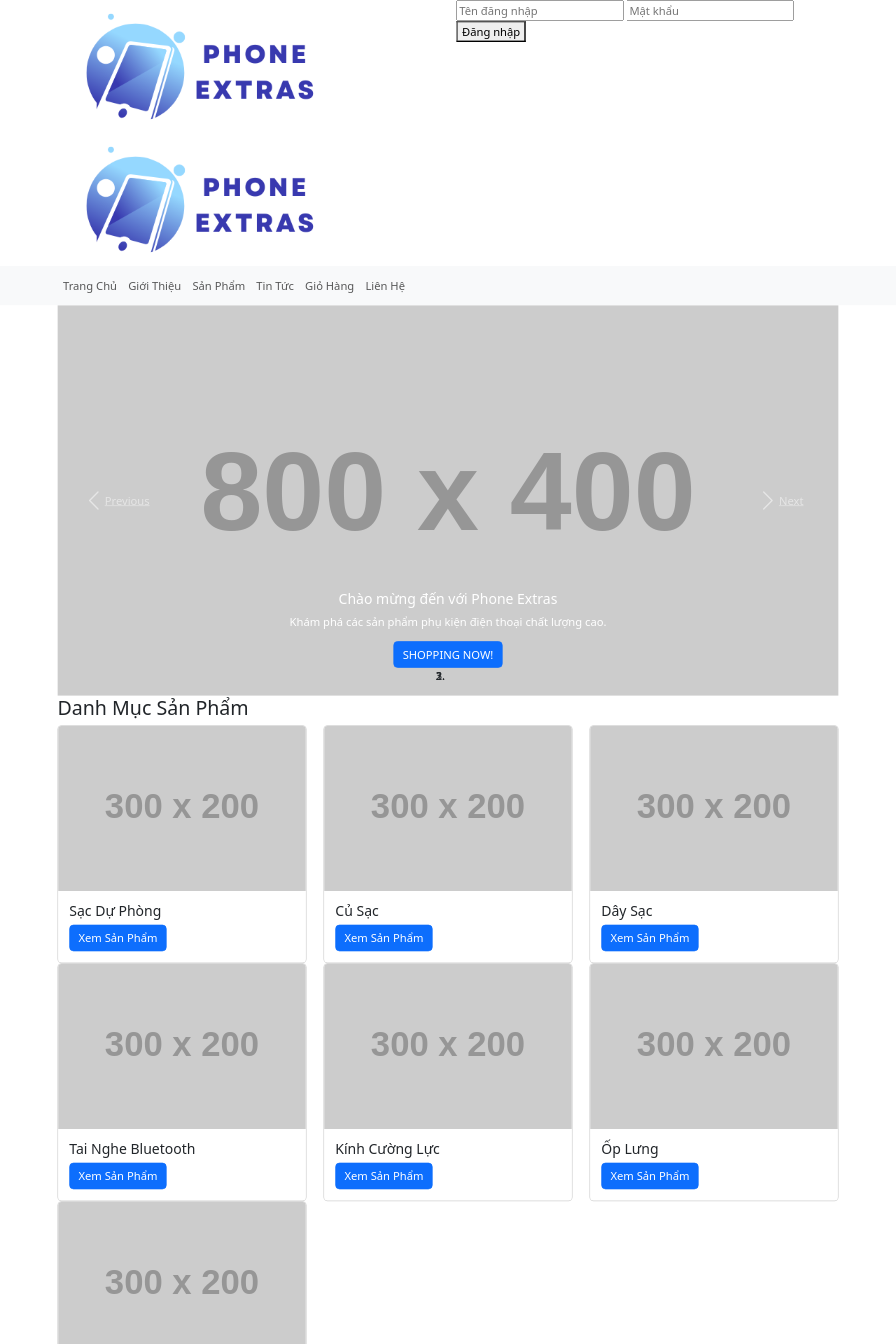
Repository: munnkawaii/BTL-PhoneExtras
Page: html/index.html
An editor plug-in stored every save of this project. The page is shown before and after the next save, followed by the edit.
The browser window is 1280 px wide. The pictures show the part of the page from y = 0 to 1920 px (the page is 2851 px tall before and 2661 px after), at 70% of full size.

Above is the page before, as saved 2024-11-12 21:02:22.

After the next save:
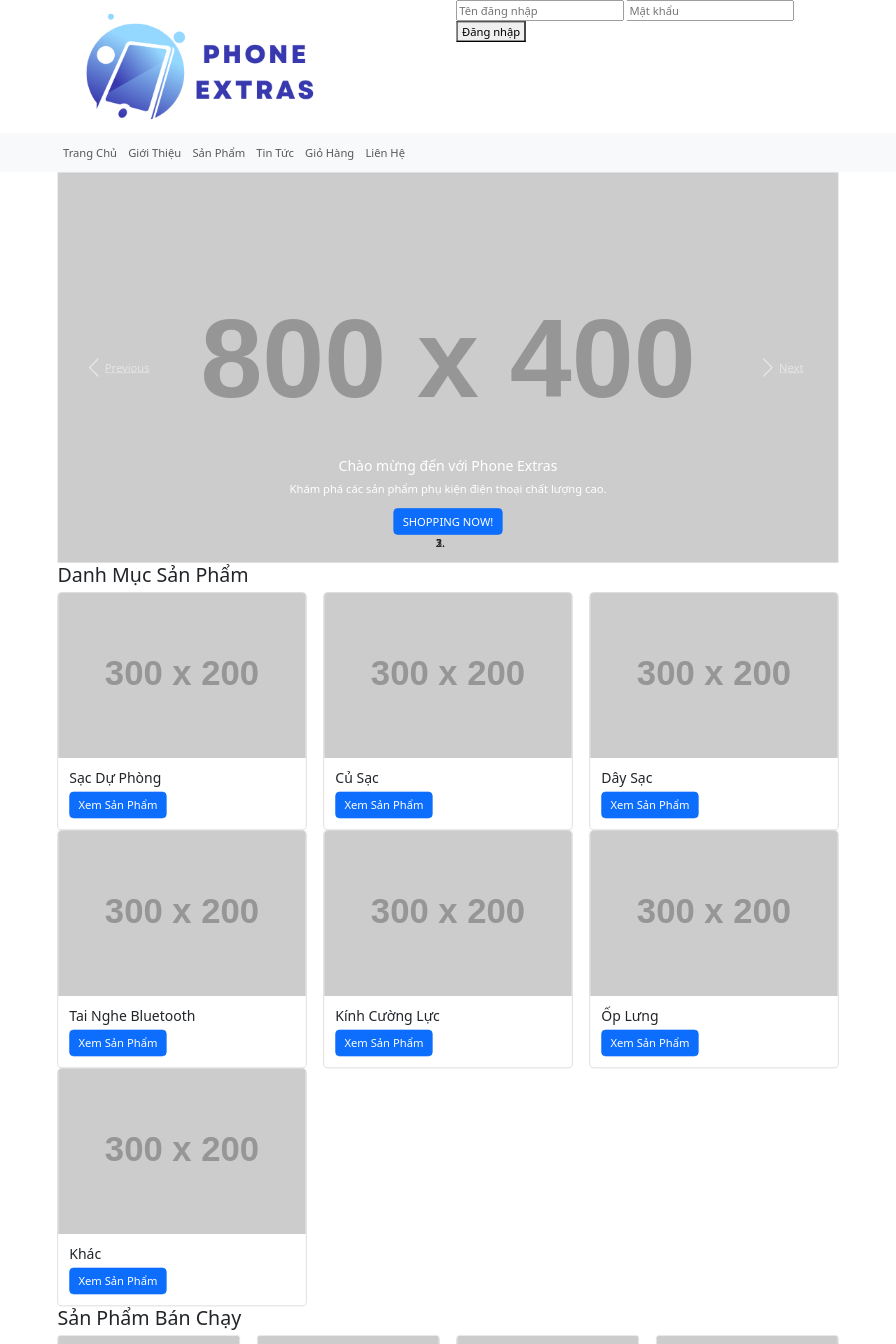
Saved 6 s later.
--- a/html/index.html
+++ b/html/index.html
@@ -31,8 +31,6 @@
                     <a href="index.html">
                         <img src="../img/pelogo.png" alt="Phone Extras Logo">
                     </a>
-
-                    <img src="../img/pelogo.png" alt="">
                 </div>
                 <div class="col-md-6 text-right">
                     <form id="login-form">
